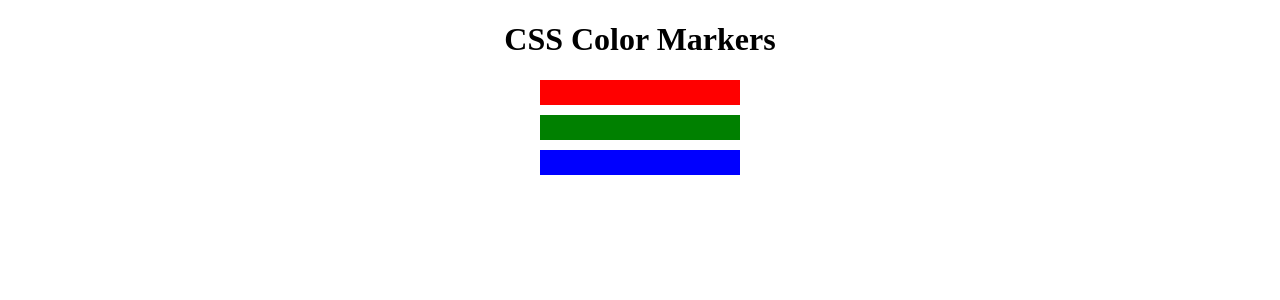
Repository: AimenDje/ColoredMarkers
Page: index.html
The author's editor kept a copy of each file at every save. The page is drawn from the files as they stood at one save, then again after the next save.
The browser window is 1280 px wide. The pictures show the whole page.

Above is the page before, as saved 2025-05-08 15:34:50.

### index.html
<!DOCTYPE html>
<html lang="en">
    <head>
        <meta charset="utf-8">
        <meta name="viewport" content="width=device-width, initial-scale=1.0">
        <link rel="stylesheet" href="styles.css">
        <title>Colored Markers</title>
    </head>
    <body>
        <h1>CSS Color Markers</h1>
        <div class="container">
            <div class="marker one">
            </div>
            <div class="marker two">
            </div>
            <div class="marker three">
            </div>
        </div>
      </body>
</html>

### styles.css
h1 {
    text-align:center;
}

.marker {
    width: 200px;
    height: 25px;
    margin: 10px auto;
  }

.one {
    background-color:red;
}

.two{
    background-color:green
  }

  .three{
    background-color:blue;
  }

After the next save:
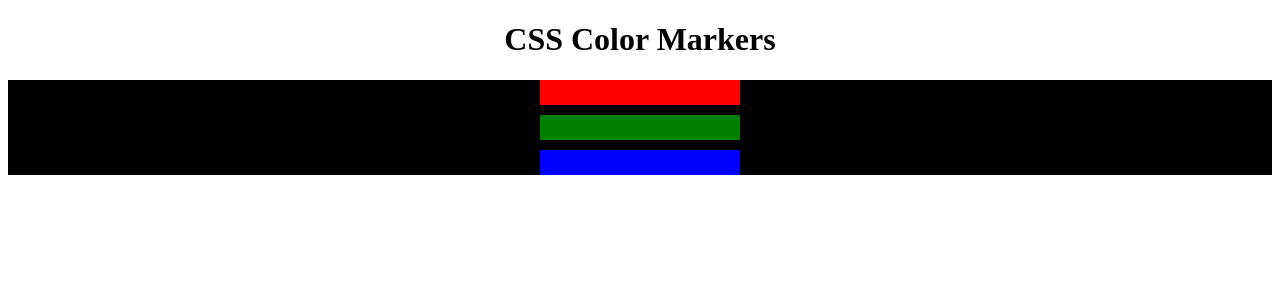
Saved 106 s later.
--- a/styles.css
+++ b/styles.css
@@ -14,8 +14,12 @@
 
 .two{
     background-color:green
-  }
+}
 
   .three{
     background-color:blue;
-  }
+}
+
+.container{
+    background-color:rgb(0,0,0);
+}
